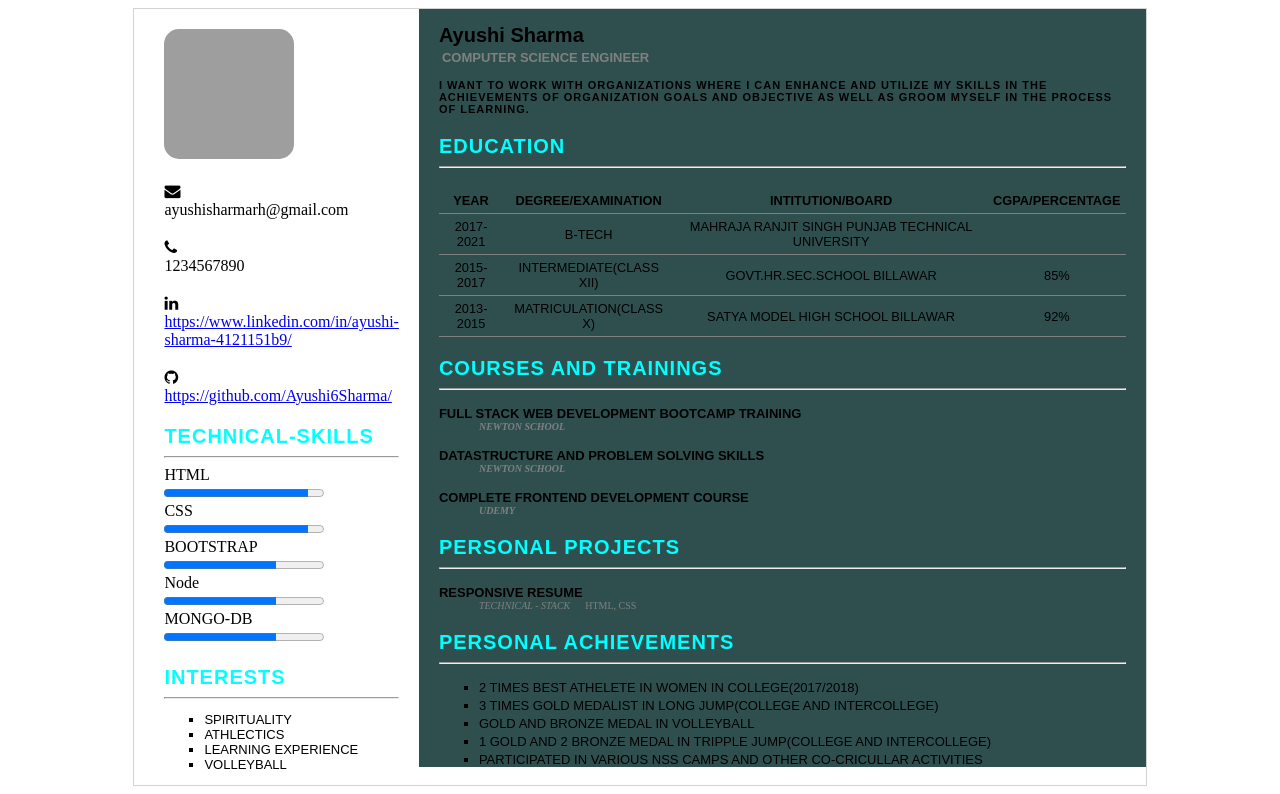
Repository: Ayushi6Sharma/Resume
Page: index.html
These files come from the project's save history. The page is drawn as it stood at one moment and after the next save; the edit follows.
The browser window is 1280 px wide. The pictures show the whole page.
Pictures or frames that could not be fetched are drawn as grey boxes.

Above is the page before, as saved 2022-05-04 16:48:40.

After the next save:
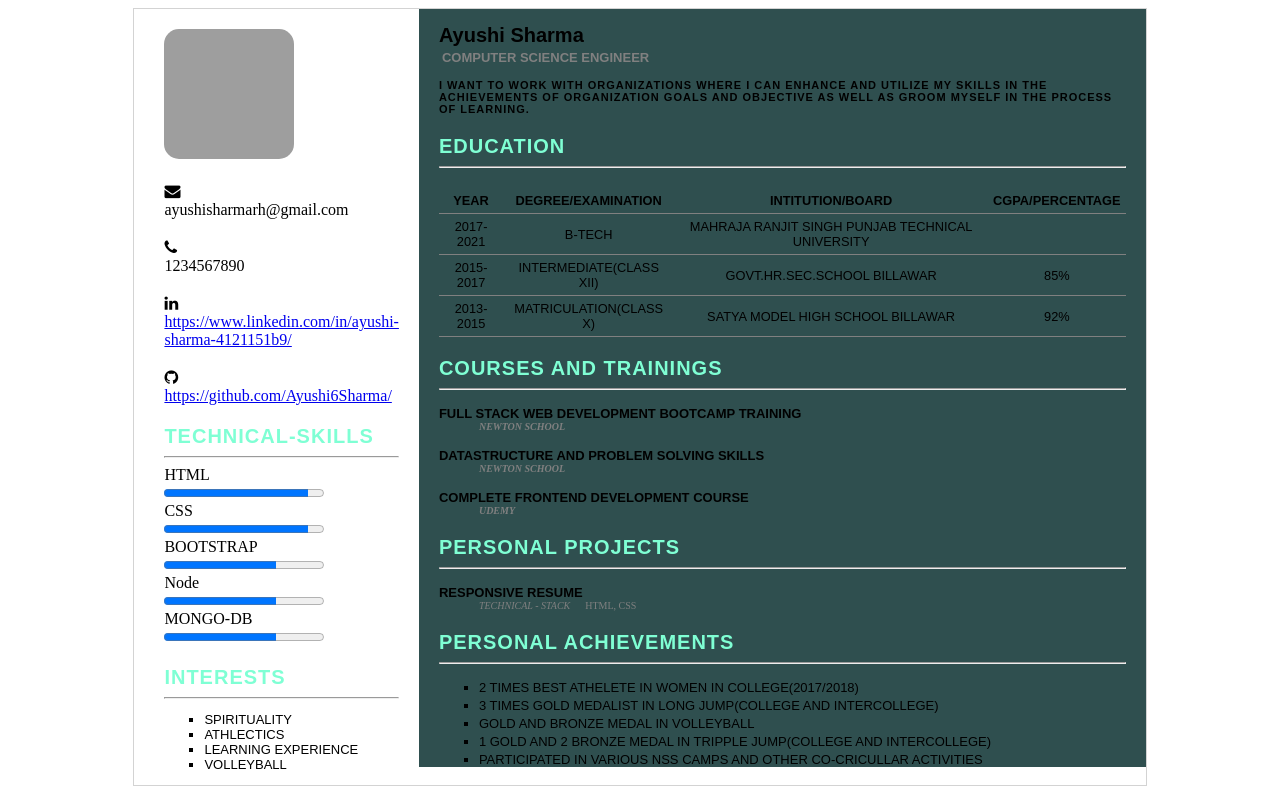
Saved 15 s later.
--- a/style.css
+++ b/style.css
@@ -37,7 +37,7 @@
     font-size: 20px;
     letter-spacing: 1px;
     font-family: sans-serif;
-    color:cyan;
+    color:aquamarine;
 }
 /* Interest */
 .interest-items{
